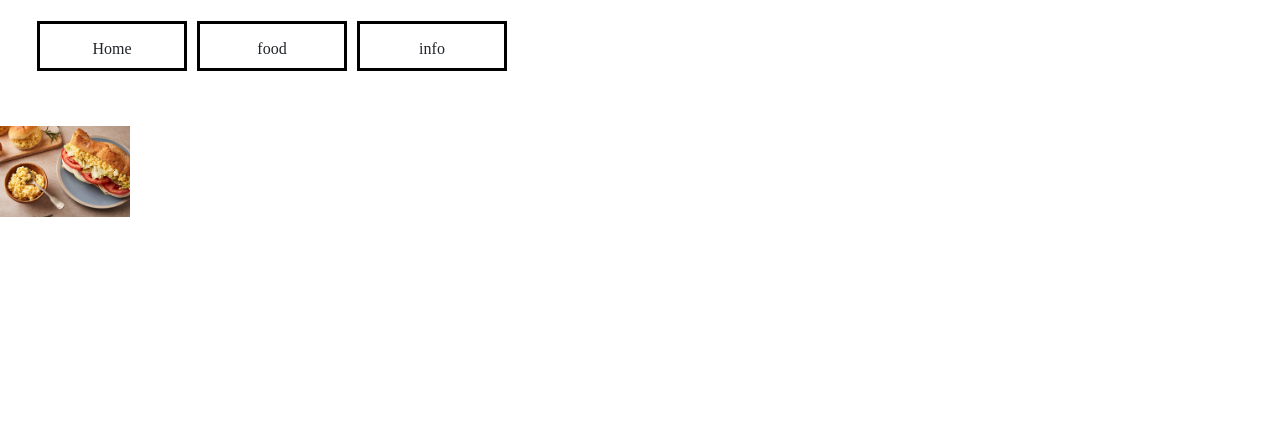
Repository: jini8293/Sist_04
Page: jspwork/jspProject/src/main/webapp/day0305_quiz/readQuiz.html
An editor plug-in stored every save of this project. The page is shown before and after the next save, followed by the edit.
The browser window is 1280 px wide. The pictures show the whole page.
After loading, the first visible `li` was clicked once.
Some web fonts or font styles are not loaded; a fallback is used.

Above is the page before, as saved 2024-03-05 06:12:40.

After the next save:
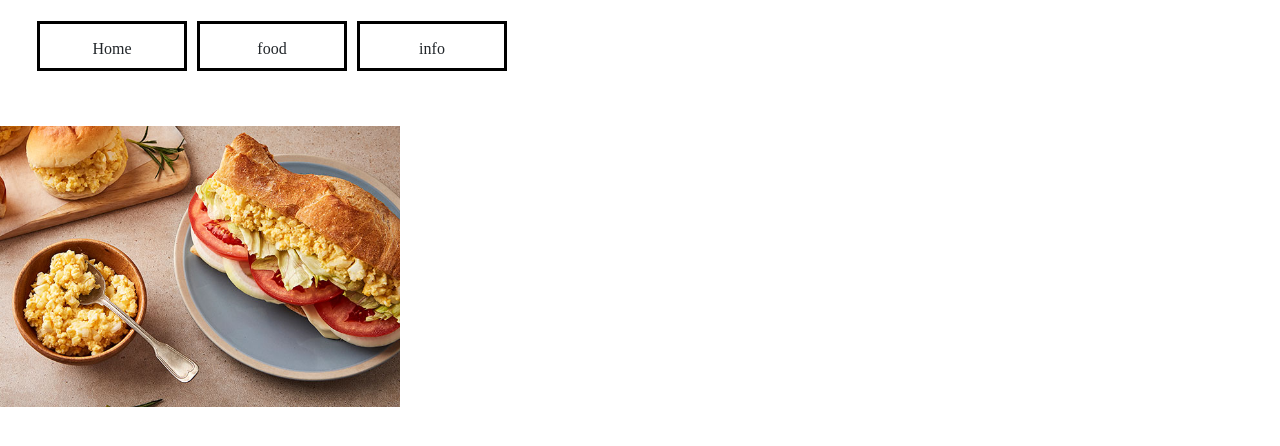
Saved 10 s later.
--- a/jspwork/jspProject/src/main/webapp/day0305_quiz/readQuiz.html
+++ b/jspwork/jspProject/src/main/webapp/day0305_quiz/readQuiz.html
@@ -30,7 +30,7 @@
 
 
 	$("li:eq(0)").click(function() {
-		$("#show").html("<img src='../image/food/1.jpg' width='130'>");
+		$("#show").html("<img src='../image/food/1.jpg' width='400'>");
 	});
 });
 </script>
